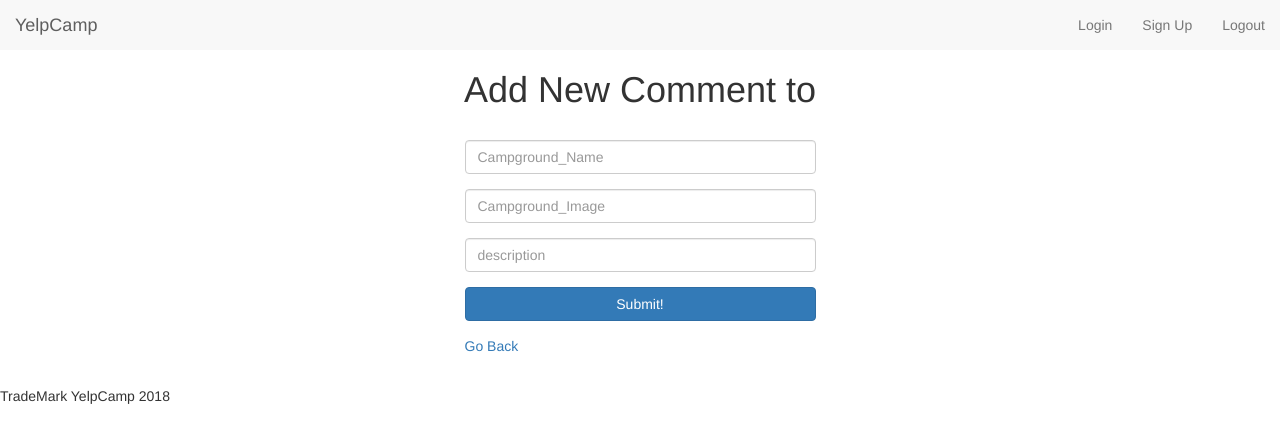
Repository: Kushagrakmr/c9backup
Page: YelpCamp/v4/views/comments/new.ejs
The author's editor kept a record of every edit. The page is drawn from the files as they stood at one moment, then again after the next edit.
The browser window is 1280 px wide. The pictures show the whole page.
The page is served by the project's Node server (YelpCamp/v4/app.js). Other server files are loaded and not shown. The template is opened directly, without the code that normally fills it, so the values that code supplies are empty.

Above is the page before.

### YelpCamp/v4/views/comments/new.ejs
<% include ../partials/header %>

 <div class="container" >
  <div class="row">
   <h1 style="text-align:center ">Add New Comment to <%= campground.name %></h1>
   <div style= "width:30%; margin: 30px auto;">
    <form action = "/campgrounds/<%= campground._id%>/comments" method= "POST">
     <div class="form-group">
       <input class = "form-control" type = "text" name="name" placeholder = "Campground_Name">
     </div>
      <div class="form-group">
       <input class= "form-control" type = "text" name="image" placeholder = "Campground_Image">
     </div>
     <div class="form-group">
       <input class= "form-control" type = "text" name="description" placeholder = "description">
     </div>
     <div class="form-group">
       <button class="btn btn-ld btn-primary btn-block">Submit!</button>
     </div>
    </form>
     <a href="/campgrounds">Go Back</a>
   </div>


  </div>
 </div>


 <% include ../partials/footer %>

### YelpCamp/v4/views/partials/header.ejs
<!DOCTYPE html>
<html>
    <head>
        <title>Yelp Camp</title>
        <link rel="stylesheet" href= "https://stackpath.bootstrapcdn.com/bootstrap/3.3.5/css/bootstrap.min.css">
    </head>
    <body>

<nav class="nav navbar-default">
     <div class = "conatainer-fluid">
         <div class-"navbar-header">
             <a class= "navbar-brand" href= "/">YelpCamp</a>
         </div>
         <div class="collapse navbar-collapse">
             <ul class = " nav navbar-nav navbar-right">
                 <li><a href="/">Login</a></li>
                 <li><a href="/">Sign Up</a></li>
                 <li><a href="/">Logout</a></li>

             </ul>
         </div>
     </div>
 </nav>

### YelpCamp/v4/views/partials/footer.ejs
       <p> TradeMark YelpCamp 2018</p>
    </body>
</html>

### YelpCamp/v4/app.js
var express     = require("express"),
     app        = express(),
    bodyParser  = require("body-parser"),
    mongoose    = require("mongoose"),
    Campground  = require("./models/campgrounds"),
    seedDB      = require("./seeds")


//seedDB();

mongoose.connect("mongodb://localhost:27017/yelp_camp_v4", {useNewUrlParser : true});
app.use(bodyParser.urlencoded({extended : true}));
app.set("view engine", "ejs");


app.get("/",function(request, response){
    response.render("landing");
});

app.get("/campgrounds",function(request, response){
    //Gat all campgrounds from the database
    Campground.find({}, function(error, allCampgrounds){
        if(error){
            console.log(error);
        } else {
            response.render("campgrounds/index",{campgrounds_app:allCampgrounds});
        }
    });
});

app.post("/campgrounds",function(request, response){
    //get data from form and add to the array
    var name    = request.body.name;
    var image   = request.body.image;
    var desc    = request.body.description;
    var newCampground = {name: name, image:image, description:desc};
    //Create a new campground and save it to the datbase
    Campground.create(newCampground, function(error, newlyCreated){
       if(error){
           console.log(error);
       } else {
           response.redirect("/campgrounds");
       }
    });
});

app.get("/campgrounds/new", function(request, response) {
    response.render("campgrounds/new");
});


//SHOW ROUTE - shws more info about one campground
app.get("/campgrounds/:id", function(request, response) {

    //find the campgrounds with the ids
    Campground.findById(request.params.id).populate("comments").exec(function(error, foundCampgouound){
        if(error){
            console.log(error);
        } else{
            console.log(foundCampgouound);
            // render show template with that campground
            response.render("campgrounds/show", {campground: foundCampgouound});

        }
    });
});

//=========================
//COMMENT ROUTES
//=========================

app.get("/campgrounds/:id/comments/new", function(request, response) {
    //find campground by id
    Campground.findById(request.params.id, function(error, campground){
      if (error) {
          console.log(error);
      } else {
          response.render("comments/new",{campground : campground});
      }
    });
});

app.post("/campgrounds/:id/comments", function(request , response){
   //lookup the campgrounds using ID
   Campground.findById(request.param.id, function(error, campground) {
       if (error){
           console.log(error);
           response.redirect("/campground");
       } else {
           Comment.create(request.body.comment, function(error, comment){
             if(error){
                 console.log(error);
             } else {
                 campground.comments.push(comment);
                 campground.save();
                 response.redirect("/campgrounds/" + campground._id);
             }
           });
       }
   })
   //create new comment
   //connect new campground page
   //redirect
});

app.listen(process.env.PORT, process.env.IP, function(){
    console.log("The Yelp Camp Server Has Started");
});

After the next edit:
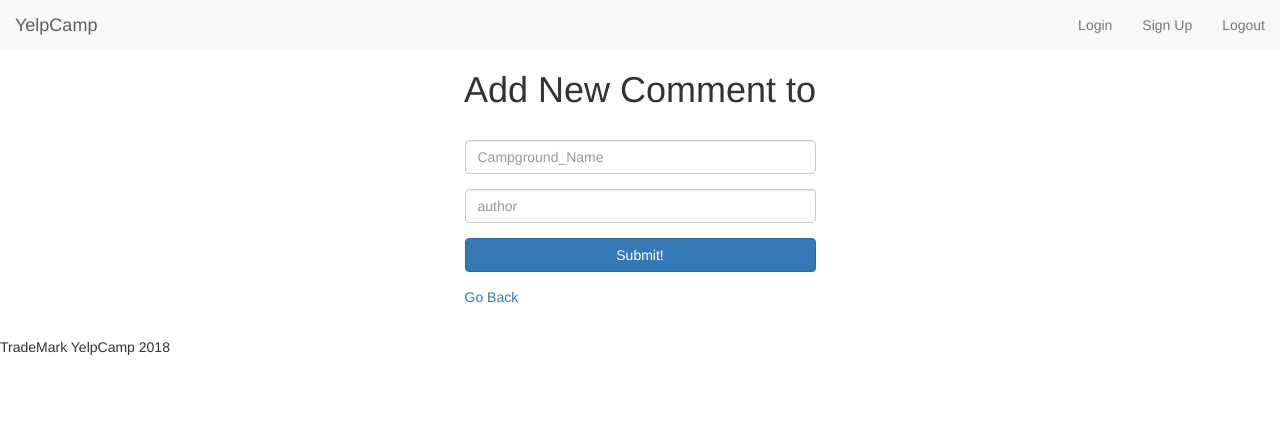
The edit:
--- a/YelpCamp/v4/views/comments/new.ejs
+++ b/YelpCamp/v4/views/comments/new.ejs
@@ -9,10 +9,7 @@
        <input class = "form-control" type = "text" name="name" placeholder = "Campground_Name">
      </div>
       <div class="form-group">
-       <input class= "form-control" type = "text" name="image" placeholder = "Campground_Image">
-     </div>
-     <div class="form-group">
-       <input class= "form-control" type = "text" name="description" placeholder = "description">
+       <input class= "form-control" type = "text" name="author" placeholder = "author">
      </div>
      <div class="form-group">
        <button class="btn btn-ld btn-primary btn-block">Submit!</button>
